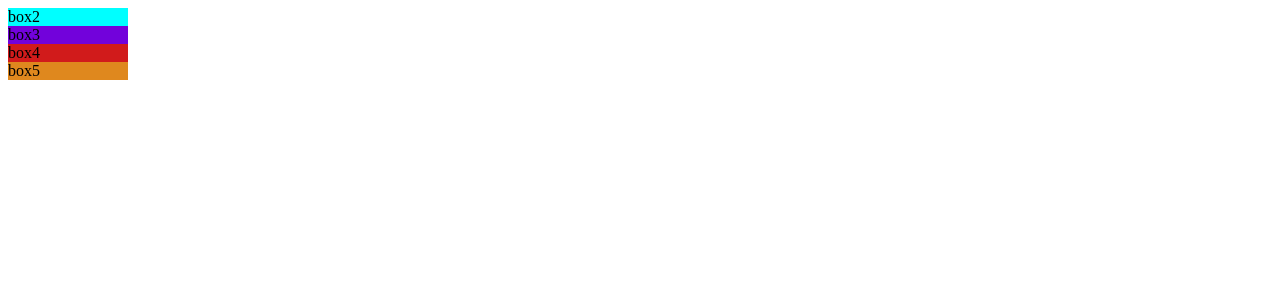
Repository: ABDUSALIMSUBAHIELBASHI/full-html-css-js
Page: Desktop/coding/css/indexday2.html
These files come from the project's save history. The page is drawn as it stood at one moment and after the next save; the edit follows.
The browser window is 1280 px wide. The pictures show the whole page.

Above is the page before, as saved 2025-09-16 10:34:07.

After the next save:
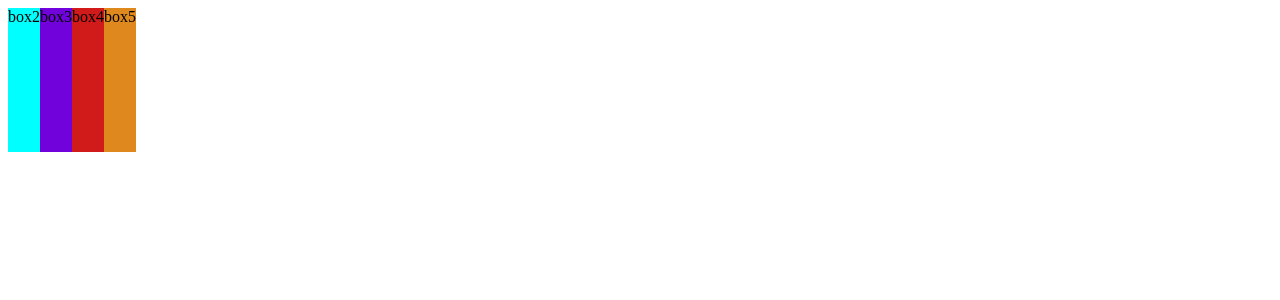
Saved 59 s later.
--- a/Desktop/coding/css/indexday2.css
+++ b/Desktop/coding/css/indexday2.css
@@ -1,11 +1,13 @@
-.contact{
+.container{
     display: flex;
     width: 120px;
     height: 20px;
+    justify-content:space-evenly;
+    justify-items: center;
 }
 #box{
     width: 120px;
-    height: 20;
+    height: 20vh;
 }
 .box2{
     background-color: rgb(0, 255, 255);
